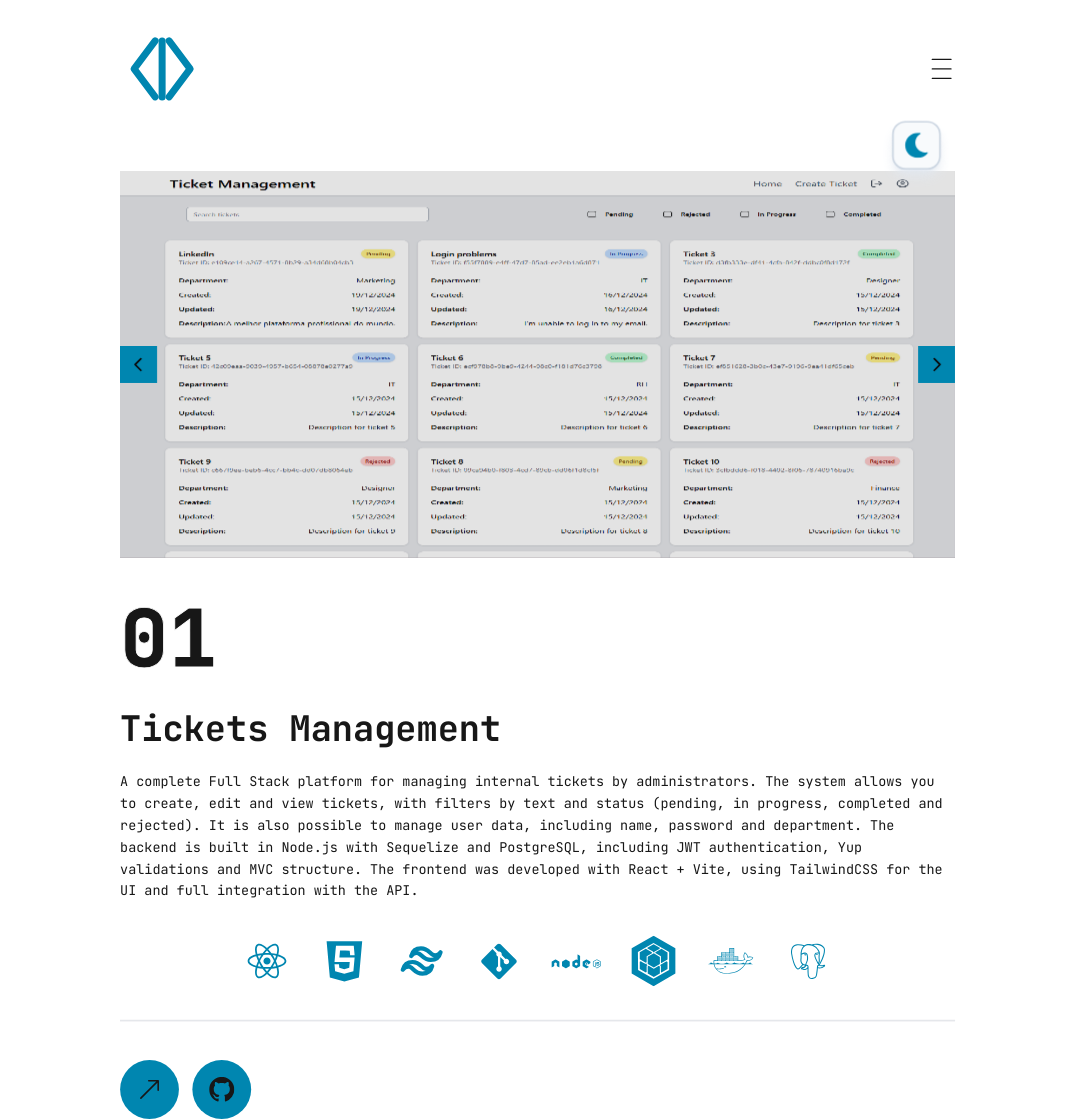
Repository: sergioscker/sergio-portfolio
Page: /work
An editor plug-in stored every save of this project. The page is shown before and after a run of saves, followed by the edit.
The browser window is 1280 px wide. The pictures show the whole page, at 84% of full size.
The project was rebuilt for these pictures with package versions that can differ from the ones it lists, and the page was loaded fresh each time. The framework's server and built-in components were replaced by stand-ins that run in the browser. Also part of the build but not shown: next.config.mjs.

Above is the page before, as saved 2025-05-19 19:42:15.

### app/layout.jsx
// fonts
import { JetBrains_Mono } from 'next/font/google';
import './globals.css';

//components
import PageTransition from '@/components/PageTransition';

// import StairTransition from '@/components/StairTransition';
import { Header } from '@/components/Header';
import ThemeSwitcher from '@/components/ThemeSwitcher';
import ThemeProviderWrapper from '@/components/ThemeProvider';
import ClientOnly from '@/components/ClientOnly';

// fonts style
const jetBrainsMono = JetBrains_Mono({
  subsets: ['latin'],
  variable: '--font-jetbrainsMono',
  weight: ['100', '200', '300', '400', '500', '600', '700', '800'],
  display: 'swap',
});

// SEO
export const metadata = {
  title: 'Sérgio Oliveira | Fullstack Developer',
  description:
    'Portfólio profissional de Sérgio Oliveira, desenvolvedor web fullstack especializado em JavaScript, React, Node.js, TypeScript e Next.js. Veja projetos de alta performance e design moderno.',
  keywords:
    'Sérgio Oliveira, Sergio Oliveira portfolio, desenvolvedor web, fullstack developer, frontend, JavaScript, React, Nextjs, Nodejs, TypeScript, projetos web',
  openGraph: {
    title: 'Portfólio | Sérgio Oliveira',
    description:
      'Explore os projetos desenvolvidos por Sérgio Oliveira: soluções modernas em React, Node.js, e mais.',

    url: 'https://sergioliveira-portfolio.vercel.app',
    type: 'website',
  },
  robots: {
    index: true,
    follow: true,
    nocache: false,
    googleBot: {
      index: true,
      follow: true,
    },
  },
};

export default function RootLayout({ children }) {
  return (
    <html lang="en">
      <head>
        <meta
          name="google-site-verification"
          content="S4CLoUW9Lhz9BwQGpCYQw1kK9LWIxFI2aWJaFR9xZfc"
        />
      </head>

      <body className={`${jetBrainsMono.variable}  antialiased`}>
        <ClientOnly>
          <ThemeProviderWrapper>
            <Header />

            <ThemeSwitcher />

            <PageTransition>{children}</PageTransition>
          </ThemeProviderWrapper>
        </ClientOnly>
      </body>
    </html>
  );
}

### app/work/page.jsx
'use client';

import Link from 'next/link';
import Image from 'next/image';

import { useState } from 'react';

// animations
import { motion } from 'framer-motion';

// slider
import { Swiper, SwiperSlide } from 'swiper/react';
import 'swiper/css';

// icons
import { BsArrowUpRight, BsGithub } from 'react-icons/bs';

import {
  SiStyledcomponents,
  SiSequelize,
  SiJest,
  SiTestinglibrary,
} from 'react-icons/si';

import {
  TbBrandTypescript,
  TbBrandPrisma,
  TbBrandTailwind,
  TbBrandNextjs,
  TbBrandVite,
  TbBrandFigma,
} from 'react-icons/tb';

import {
  DiHtml5,
  DiCss3,
  DiReact,
  DiJavascript,
  DiNodejs,
  DiAws,
  DiDocker,
  DiMongodb,
  DiPostgresql,
  DiGit,
} from 'react-icons/di';

import {
  Tooltip,
  TooltipContent,
  TooltipProvider,
  TooltipTrigger,
} from '@/components/ui/tooltip';

//components
import WorkSliderBtns from '@/components/WorkSliderBtns';

const projects = [
  {
    id: '01',
    title: 'Tickets Management',

    description: `A complete Full Stack platform for managing internal tickets by administrators. The system allows you to create, edit and view tickets, with filters by text and status (pending, in progress, completed and rejected). It is also possible to manage user data, including name, password and department.
    The backend is built in Node.js with Sequelize and PostgreSQL, including JWT authentication, Yup validations and MVC structure. The frontend was developed with React + Vite, using TailwindCSS for the UI and full integration with the API.`,

    image: '/assets/work/ticket-management.png',

    live: 'https://ticket-managment.vercel.app',

    github: 'https://github.com/sergioscker/ticket-management',

    stack: [
      { icon: <DiReact size={60} />, name: 'reactJS' },
      { icon: <DiJavascript size={60} />, name: 'javascript' },
      { icon: <TbBrandTailwind size={60} />, name: 'tailwindcss' },
      { icon: <DiGit size={60} />, name: 'git' },
      { icon: <DiNodejs size={60} />, name: 'nodeJS' },
      { icon: <SiSequelize size={60} />, name: 'ORM sequelize' },
      { icon: <DiDocker size={60} />, name: 'docker' },
      { icon: <DiPostgresql size={60} />, name: 'postgreSQL' },
    ],
  },
  {
    id: '02',
    title: 'Burger Shop',

    description: `BurgerShop is a full-stack application that provides a complete online burger shop experience,
      integrating a robust backend API with a fully responsive frontend interface.
      This project was developed using modern technologies, focusing on practicality,
      efficiency, and security, offering a comprehensive end-to-end solution.`,

    image: '/assets/work/burger shop.png',

    live: 'https://burguershop-eight.vercel.app',

    github: 'https://github.com/sergioscker/burguer-shop',

    stack: [
      { icon: <DiReact size={60} />, name: 'reactJS' },
      { icon: <DiJavascript size={60} />, name: 'javascript' },
      { icon: <SiStyledcomponents size={60} />, name: 'styled-components' },
      { icon: <DiNodejs size={60} />, name: 'nodeJS' },
      { icon: <DiDocker size={60} />, name: 'docker' },
      { icon: <DiPostgresql size={60} />, name: 'postgres' },
      { icon: <DiMongodb size={60} />, name: 'mongoDB' },
      { icon: <DiAws size={60} />, name: 'amazon web services' },
    ],
  },
  {
    id: '03',
    title: 'Tech Solutions',

    description: `I developed a Landing Page for Virtual Headsets using ReactJS,
    with styling done through the styled-components library.`,

    image: '/assets/work/tech solutions.png',

    live: 'https://tech-solutions-kappa.vercel.app',

    github: 'https://github.com/sergioliveira-developer/tech-solutions',

    stack: [
      { icon: <DiReact size={60} />, name: 'reactJS' },
      { icon: <TbBrandVite size={60} />, name: 'vite' },
      { icon: <DiJavascript size={60} />, name: 'javascript' },
      { icon: <DiHtml5 size={60} />, name: 'html5' },
      { icon: <SiStyledcomponents size={60} />, name: 'styled-components' },
      { icon: <TbBrandFigma size={60} />, name: 'figmadesigner' },
      { icon: <DiGit size={60} />, name: 'git' },
    ],
  },
  {
    id: '04',
    title: 'TodoList Pomodoro',

    description: `This is a web application that combines a To-Do List with the Pomodoro technique to boost productivity. It allows users to organize their tasks and manage their time using 25-minute work cycles interspersed with 5-minute breaks.`,

    image: '/assets/work/todo list.png',

    live: 'https://todo-list-with-pomodoro.vercel.app',

    github: 'https://github.com/sergioscker/todo-list-with-pomodoro',

    stack: [
      { icon: <DiReact size={60} />, name: 'reactJS' },
      { icon: <DiJavascript size={60} />, name: 'javascript' },
      { icon: <TbBrandTailwind size={60} />, name: 'tailwindcss' },
      { icon: <DiGit size={60} />, name: 'git' },
      { icon: <TbBrandVite size={60} />, name: 'vite' },
      { icon: <SiJest size={60} />, name: 'jest' },
      { icon: <SiTestinglibrary size={60} />, name: 'testing library' },
    ],
  },

  {
    id: '05',
    title: 'ToDo - List',

    description: `Todo List application built with NextJS, React, and TailwindCSS,
    leveraging modern libraries to ensure a rich and fluid user experience.
    The application is modular, accessible, and easy to customize.`,

    image: '/assets/work/todolist.png',

    live: 'https://todo-list-tasks-two.vercel.app',

    github: 'https://github.com/sergioscker/todo-list',
    stack: [
      { icon: <DiReact size={60} />, name: 'reactJS' },
      { icon: <DiHtml5 size={60} />, name: 'html5' },
      { icon: <DiJavascript size={60} />, name: 'javascript' },
      { icon: <TbBrandNextjs size={60} />, name: 'nextJS' },
      { icon: <TbBrandTailwind size={60} />, name: 'tailwindCSS' },
      { icon: <TbBrandFigma size={60} />, name: 'figmadesigner' },
      { icon: <DiGit size={60} />, name: 'git' },
    ],
  },

  {
    id: '06',
    title: 'Finantial Control',

    description: `Financial Control is a full-stack application designed to manage and track personal finances.
    It includes a backend API built with NodeJS and TypeScript and a responsive frontend interface using React and Vite.
     The project provides a seamless way to visualize, manage, and track financial data with dynamic charts and detailed forms.`,

    image: '/assets/work/dev-bills.png',

    live: 'https://finantialcontrol.vercel.app',

    github: 'https://github.com/sergioscker/finantial-controls',

    stack: [
      { icon: <TbBrandTypescript size={60} />, name: 'typescript' },
      { icon: <DiJavascript size={60} />, name: 'javascript' },
      { icon: <SiStyledcomponents size={60} />, name: 'styled-components' },
      { icon: <DiMongodb size={60} />, name: 'mongoDB' },
      { icon: <DiNodejs size={60} />, name: 'nodeJS' },
      { icon: <DiGit size={60} />, name: 'git' },
    ],
  },

  {
    id: '07',
    title: 'Users Office',

    description: `This project, named Users-office 💻, is a React-based web application designed for a modern and interactive user experience.
    It uses the latest tools and dependencies to optimize development and ensure high performance in production.`,

    image: '/assets/work/users-office.png',

    live: 'https:/users-office.vercel.app',

    github: 'https:/github.com/sergioliveira-developer/Users-Office',

    stack: [
      { icon: <DiReact size={60} />, name: 'reactJS' },
      { icon: <DiJavascript size={60} />, name: 'javascript' },
      { icon: <SiStyledcomponents size={60} />, name: 'styled-components' },
      { icon: <DiNodejs size={60} />, name: 'nodeJS' },
      { icon: <DiMongodb size={60} />, name: 'mongodb' },
      { icon: <TbBrandPrisma size={60} />, name: 'prisma' },
      { icon: <DiGit size={60} />, name: 'git' },
    ],
  },

  {
    id: '08',
    title: 'Convert Money',

    description: `Currency converter made using HTML, CSS and JavaScript languages.
    Conversion can be made from Brazilian Real to US Dollar, Euro, Pound or Bitcoins.`,

    image: '/assets/work/convert-money.png',

    live: 'https:/converter-coins.vercel.app',

    github: 'https:/github.com/sergioliveira-developer/Convert-Money',

    stack: [
      { icon: <DiHtml5 size={60} />, name: 'html5' },
      { icon: <DiCss3 size={60} />, name: 'css3' },
      { icon: <DiJavascript size={60} />, name: 'javascript' },
      { icon: <DiGit size={60} />, name: 'git' },
    ],
  },
];

const Work = () => {
  const [project, setProject] = useState(projects[0]);

  const handleSlideChange = (swiper) => {
    // get current slide index
    const currentIndex = swiper.activeIndex;

    // update project state based on current slide index
    setProject(projects[currentIndex]);
  };

  return (
    <motion.section
      initial={{ opacity: 0 }}
      animate={{
        opacity: 1,
        transition: { delay: 2.4, duration: 0.4, ease: 'easeIn' },
      }}
      className="min-h-[30vh] flex flex-col justify-center xl:p-8"
    >
      <div className="container mx-auto pt-18 mt-10">
        <div className="flex flex-col xl:flex-row xl:gap-[30px] ">
          {/* projects container */}
          <div
            className="w-full xl:w-[50%] flex
           flex-col justify-between order-2 xl:order-none xl:min-h-[460px]"
          >
            <div className="flex flex-col gap-[30px] h-[50%]">
              {/* outline id */}
              <div className="text-8xl leanding-none font-extrabold dark:text-transparent text-outline mb-2">
                {project.id}
              </div>

              {/* projects category */}
              <h2
                className="text-[42px] font-bold leading-none dark:text-white
               group-hover:text-accent-hover transition-all duration-500 capitalize"
              >
                {project.title}
              </h2>

              {/* projects description */}
              <p className="dark:text-white/60 leading-relaxed">
                {project.description}
              </p>

              {/* stacks */}
              <ul className="flex justify-center items-center gap-3 flex-wrap">
                {project.stack.map((item, index) => {
                  return (
                    <li key={index} className="text-xl text-accent">
                      <TooltipProvider delayDuration={100}>
                        <Tooltip>
                          <TooltipTrigger className="w-[80px] h-[80px] p-8 rounded-md bg-white/5 flex justify-center items-center group">
                            <span className="dark:text-white text-4xl group-hover:text-accent-hover">
                              {item.icon}
                            </span>
                          </TooltipTrigger>

                          <TooltipContent>
                            <span>{item.name}</span>
                          </TooltipContent>
                        </Tooltip>
                      </TooltipProvider>
                    </li>
                  );
                })}
              </ul>

              {/* border */}
              <div className="border dark:border-white/20"></div>

              {/* buttons */}
              <div className="flex items-center gap-4 mt-4">
                {/* live project button */}
                <Link
                  href={project.live}
                  target="_blank"
                  rel="noopener noreferrer"
                >
                  <TooltipProvider delayDuration={100}>
                    <Tooltip>
                      <TooltipTrigger className="w-[70px] h-[70px] rounded-full dark:bg-white/5 bg-accent flex justify-center items-center group">
                        <BsArrowUpRight className="dark:text-white text-3xl group-hover:text-accent-hover" />
                      </TooltipTrigger>

                      <TooltipContent>
                        <p>Live project</p>
                      </TooltipContent>
                    </Tooltip>
                  </TooltipProvider>
                </Link>

                {/* github project button */}
                <Link
                  href={project.github}
                  target="_blank"
                  rel="noopener noreferrer"
                >
                  <TooltipProvider delayDuration={100}>
                    <Tooltip>
                      <TooltipTrigger className="w-[70px] h-[70px] rounded-full dark:bg-white/5 bg-accent flex justify-center items-center group">
                        <BsGithub className="dark:text-white text-3xl group-hover:text-accent-hover" />
                      </TooltipTrigger>

                      <TooltipContent>
                        <p>GitHub repository</p>
                      </TooltipContent>
                    </Tooltip>
                  </TooltipProvider>
                </Link>
              </div>
            </div>
          </div>

          {/* sliders container */}
          <div className="w-full xl:w-[50%]">
            <Swiper
              spaceBetween={30}
              slidesPerView={1}
              className="xl:h-[520px] mb-12"
              onSlideChange={handleSlideChange}
            >
              {projects.map((project, index) => {
                return (
                  <SwiperSlide key={index} className="w-full ">
                    <div
                      className="h-[460px] relative group flex justify-center
                    items-center bg-pink-50/20"
                    >
                      {/* overlay */}
                      <div className="absolute top-0 bottom-0 w-full h-full bg-black/10 z-10"></div>

                      {/* project image */}
                      <div className="relative w-full h-full">
                        <Image
                          src={project.image}
                          className="object-fill"
                          quality={100}
                          sizes="(max-width: 768px) 100vw, (max-width: 1280px) 50vw, 50vw"
                          alt="project-image"
                          fill
                        />
                      </div>
                    </div>
                  </SwiperSlide>
                );
              })}

              {/* slider buttons */}
              <WorkSliderBtns
                containerStyles="flex gap-2 absolute right-0 bottom-[calc(50%_-_22px)]
                xl:bottom-0 z-20 w-full justify-between xl:w-max xl:justify-none"
                btnStyles="bg-accent hover:bg-accent-hover text-primary text-[22px]
                 w-[44px] h-[44px] flex justify-center items-center transition-all"
              />
            </Swiper>
          </div>
        </div>
      </div>
    </motion.section>
  );
};

export default Work;

### app/globals.css
@tailwind base;
@tailwind components;
@tailwind utilities;

@layer base {
  body {
    @apply font-primary bg-white text-neutral-900 leading-loose;
    @apply dark:bg-primary dark:text-white leading-loose;
    font-family: var(--font-jetbrainsMono);
  }

  .h1 {
    @apply text-[48px] xl:text-[80px] leading-[1.1] font-semibold;
  }

  .h2 {
    @apply text-[36px] xl:text-[48px] leading-[1.1] font-semibold;
  }

  .h3 {
    @apply text-[20px] xl:text-[32px] leading-[1.1] font-semibold;
  }
}

/* Estilos personalizados */
.text-outline {
  -webkit-text-stroke: 1px #ffffff;
}

.text-outline-hover {
  -webkit-text-stroke: 1px #4a8fff;
}

### components/PageTransition.jsx
'use client';

import { AnimatePresence, motion } from 'framer-motion';
import { usePathname } from 'next/navigation';

const PageTransition = ({ children }) => {
  const pathname = usePathname();

  return (
    <AnimatePresence>
      <div key={pathname}>
        <motion.div
          initial={{ opacity: 1 }}
          animate={{
            opacity: 0,
            transition: { delay: 1, duration: 0.4, ease: 'easeInOut' },
          }}
          className="h-screen w-screen fixed bg-primary top-0 pointer-events-none"
        />
        {children}
      </div>
    </AnimatePresence>
  );
};

export default PageTransition;

### components/Header.jsx
import Link from 'next/link';
import { Button } from './ui/button';

//components
import Nav from './Nav';
import MobileNav from './MobileNav';
import Image from 'next/image';

export const Header = () => {
  return (
    <header className="py-8 xl:py-14 dark:text-white">
      <div className="container mx-auto flex justify-between items-center">
        {/* logo */}
        <Link href="/">
          <Image
            src="/assets/icon.svg"
            alt="icon"
            priority
            quality={100}
            width={100}
            height={100}
            draggable="false"
          />
        </Link>

        {/* desktop nav & hire me button */}
        <div className="hidden xl:flex items-center gap-8">
          <Nav />
          <Link href="/contact">
            <Button>Hire me</Button>
          </Link>
        </div>

        {/* mobile nav */}
        <div className="xl:hidden">
          <MobileNav />
        </div>
      </div>
    </header>
  );
};

### components/ThemeSwitcher.jsx
'use client';

import { useTheme } from 'next-themes';
import { FaSun, FaMoon } from 'react-icons/fa';

export default function ThemeSwitcher() {
  const { theme, setTheme } = useTheme();

  return (
    <button
      className="dark:bg-neutral-900 bg-slate-50 hover:text-accent-hover text-accent fixed right-3
    lg:right-40 top-[6.1rem] md:top-36 p-3 border-2 hover:border-slate-400 border-slate-300
     dark:border-neutral-800 dark:hover:border-neutral-500
     rounded-2xl shadow-lg dark:shadow-black shadow-slate-200
     transition delay-100 ease-linear z-40"
      onClick={() => setTheme(theme === 'dark' ? 'light' : 'dark')}
    >
      {theme === 'dark' ? <FaSun size={30} /> : <FaMoon size={30} />}
    </button>
  );
}

### components/ThemeProvider.jsx
'use client';

import { ThemeProvider } from 'next-themes';

export default function ThemeProviderWrapper({ children }) {
  return <ThemeProvider attribute="class">{children}</ThemeProvider>;
}

### components/ClientOnly.jsx
'use client';

import { useEffect, useState } from 'react';

export default function ClientOnly({ children }) {
  const [hasMounted, setHasMounted] = useState(false);

  useEffect(() => {
    setHasMounted(true);
  }, []);

  if (!hasMounted) {
    return null;
  }

  return <>{children}</>;
}

### components/WorkSliderBtns.jsx
'use client';

import { useSwiper } from 'swiper/react';
import { PiCaretLeftBold, PiCaretRightBold } from 'react-icons/pi';

const WorkSliderBtns = ({ containerStyles, btnStyles, iconsStyles }) => {
  const swiper = useSwiper();

  return (
    <div className={containerStyles}>
      <button className={btnStyles} onClick={() => swiper.slidePrev()}>
        <PiCaretLeftBold className={iconsStyles} />
      </button>

      <button className={btnStyles} onClick={() => swiper.slideNext()}>
        <PiCaretRightBold className={iconsStyles} />
      </button>
    </div>
  );
};

export default WorkSliderBtns;

### components/Nav.jsx
'use client';

import Link from 'next/link';
import { usePathname } from 'next/navigation';

const links = [
  {
    name: 'home',
    path: '/',
  },
  {
    name: 'services',
    path: '/services',
  },
  {
    name: 'resume',
    path: '/resume',
  },
  {
    name: 'work',
    path: '/work',
  },
  {
    name: 'contact',
    path: '/contact',
  },
];

const Nav = () => {
  const pathname = usePathname();

  return (
    <nav className="flex gap-8">
      {links.map((link, index) => {
        return (
          <Link
            href={link.path}
            key={index}
            className={`${
              link.path === pathname && 'text-accent border-b-2 border-accent'
            } capitalize font-medium hover:text-accent-hover transition-all`}
          >
            {link.name}
          </Link>
        );
      })}
    </nav>
  );
};

export default Nav;

Loaded but not shown: lib/utils.js (common file); tailwind.config.js (40 lines, source omitted); components/ui/sheet.jsx (122 lines, source omitted); components/MobileNav.jsx (89 lines, source omitted); components/ui/button.jsx (46 lines, source omitted); components/ui/tooltip.jsx (29 lines, source omitted)

After the next 3 saves:
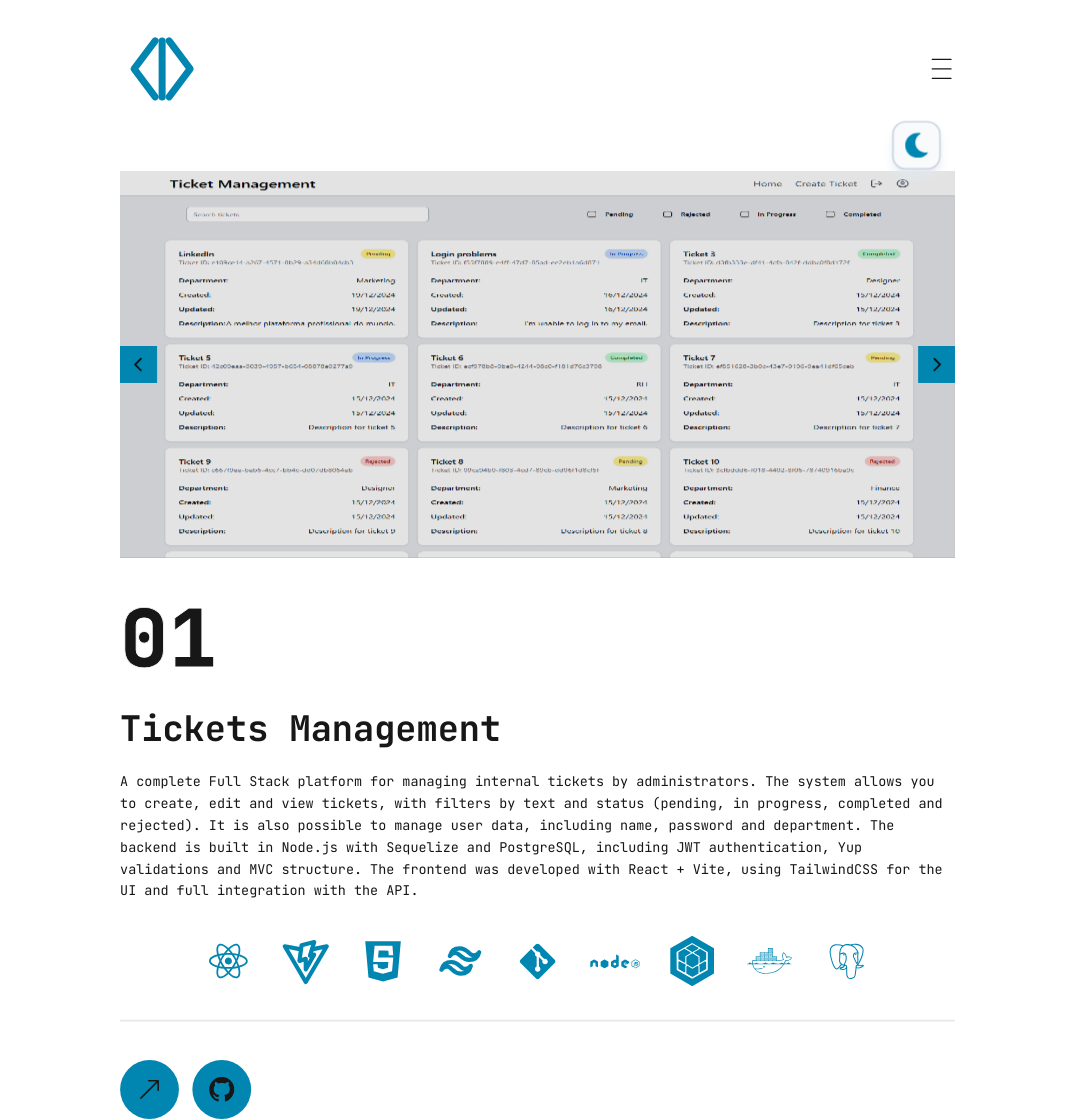
The 3 saves are shown as one change because they came seconds apart.
The last was saved 24 s later.
--- a/app/work/page.jsx
+++ b/app/work/page.jsx
@@ -70,6 +70,7 @@ const projects = [
 
     stack: [
       { icon: <DiReact size={60} />, name: 'reactJS' },
+      { icon: <TbBrandVite size={60} />, name: 'vite' },
       { icon: <DiJavascript size={60} />, name: 'javascript' },
       { icon: <TbBrandTailwind size={60} />, name: 'tailwindcss' },
       { icon: <DiGit size={60} />, name: 'git' },
